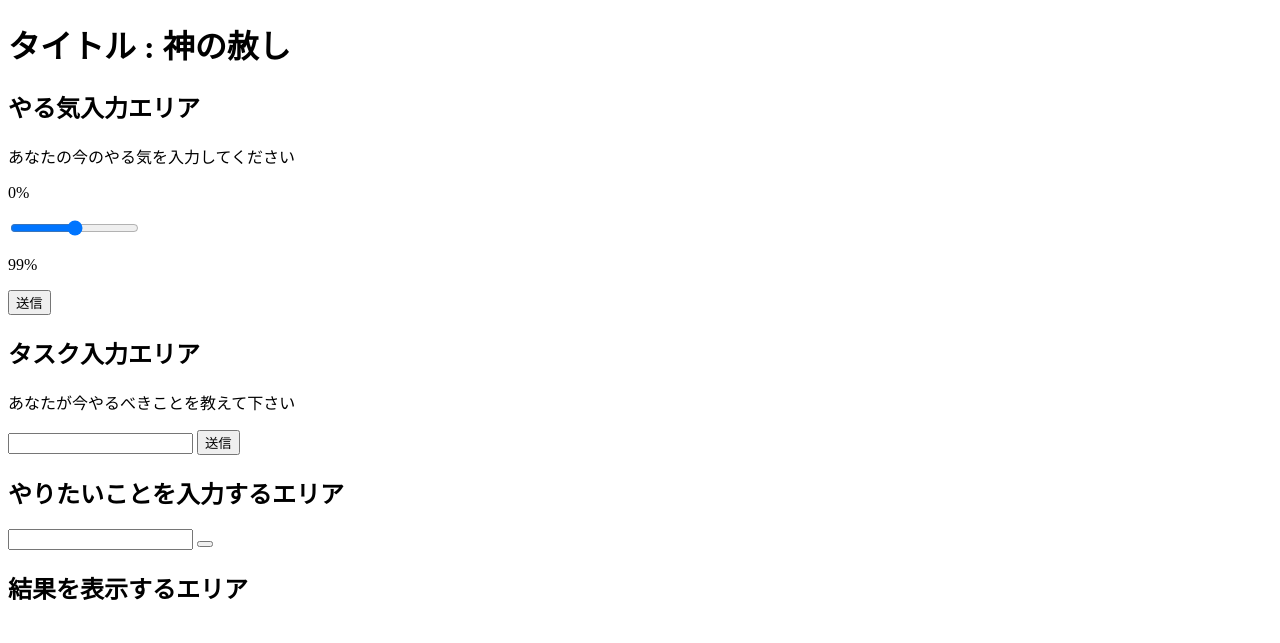
Repository: masa0306/god_forgiveness
Page: index.html
These files come from the project's save history. The page is drawn as it stood at one moment and after the next save; the edit follows.
The browser window is 1280 px wide. The pictures show the whole page.

Above is the page before, as saved 2024-05-14 23:20:07.

After the next save:
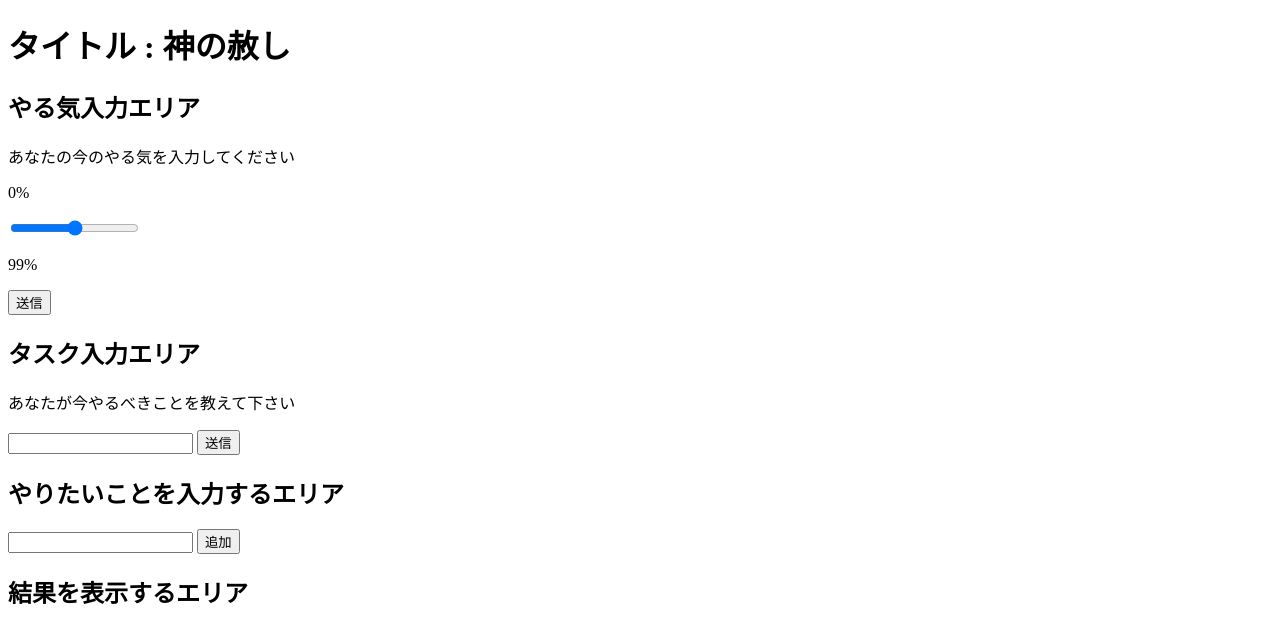
Saved 4 s later.
--- a/index.html
+++ b/index.html
@@ -27,7 +27,7 @@
     <div>
         <h2>やりたいことを入力するエリア</h2>
         <input type="text" name="want1"id="want1">
-        <button></button>
+        <button>追加</button>
     </div>
 
     <div>
